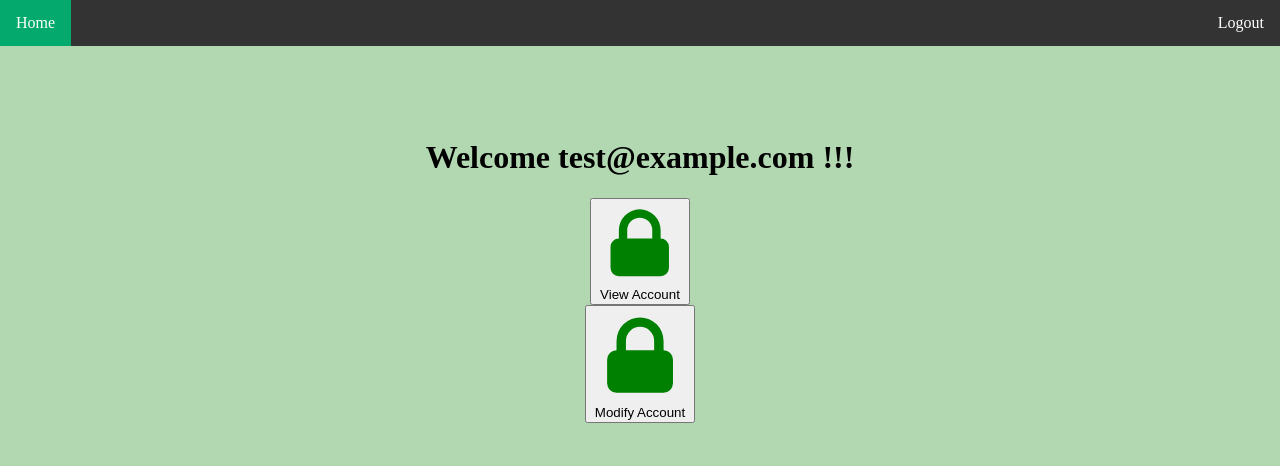
Repository: sach7691/original-book-store
Page: http://localhost/online-book-store-application/dashboard.jsp
An editor plug-in stored every save of this project. The page is shown before and after the next save, followed by the edit.
The browser window is 1280 px wide. The pictures show the whole page.
The page is served by Tomcat 9. The session is filled in as if someone had signed in: {"email": "test@example.com"}.

Above is the page before, as saved 2022-08-31 19:52:37.

After the next save:
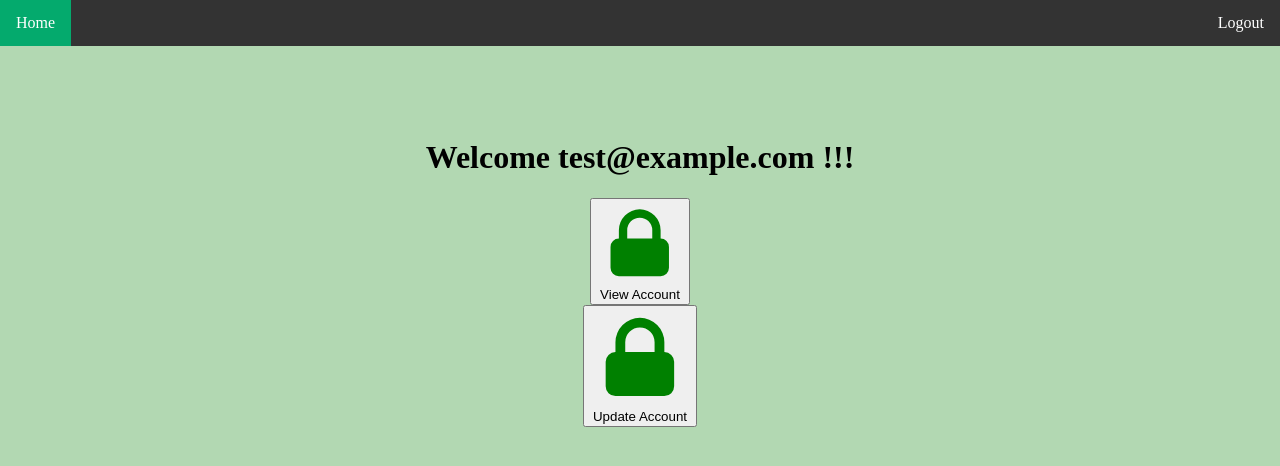
Saved 28 s later.
--- a/online-book-store-application/src/main/webapp/dashboard.jsp
+++ b/online-book-store-application/src/main/webapp/dashboard.jsp
@@ -102,6 +102,7 @@ session.getAttribute("modifyCustomer");
           View Account
         </button>
  </form>
+ <br>
  <form action="http://localhost:8080/online-book-store-application/ModifyCustomerServlet"  method="POST">
   <button type="submit" class="group relative w-full flex justify-center py-2 px-4 border border-transparent text-sm font-medium rounded-md text-white bg-green-600 hover:bg-green-700 focus:outline-none focus:ring-2 focus:ring-offset-2 focus:ring-indigo-500">
           <span class="absolute left-0 inset-y-0 flex items-center pl-3">
@@ -110,7 +111,7 @@ session.getAttribute("modifyCustomer");
               <path fill-rule="evenodd" d="M5 9V7a5 5 0 0110 0v2a2 2 0 012 2v5a2 2 0 01-2 2H5a2 2 0 01-2-2v-5a2 2 0 012-2zm8-2v2H7V7a3 3 0 016 0z" clip-rule="evenodd" />
             </svg>
           </span>
-          Modify Account
+          Update Account
         </button>
  </form>
 </center>
